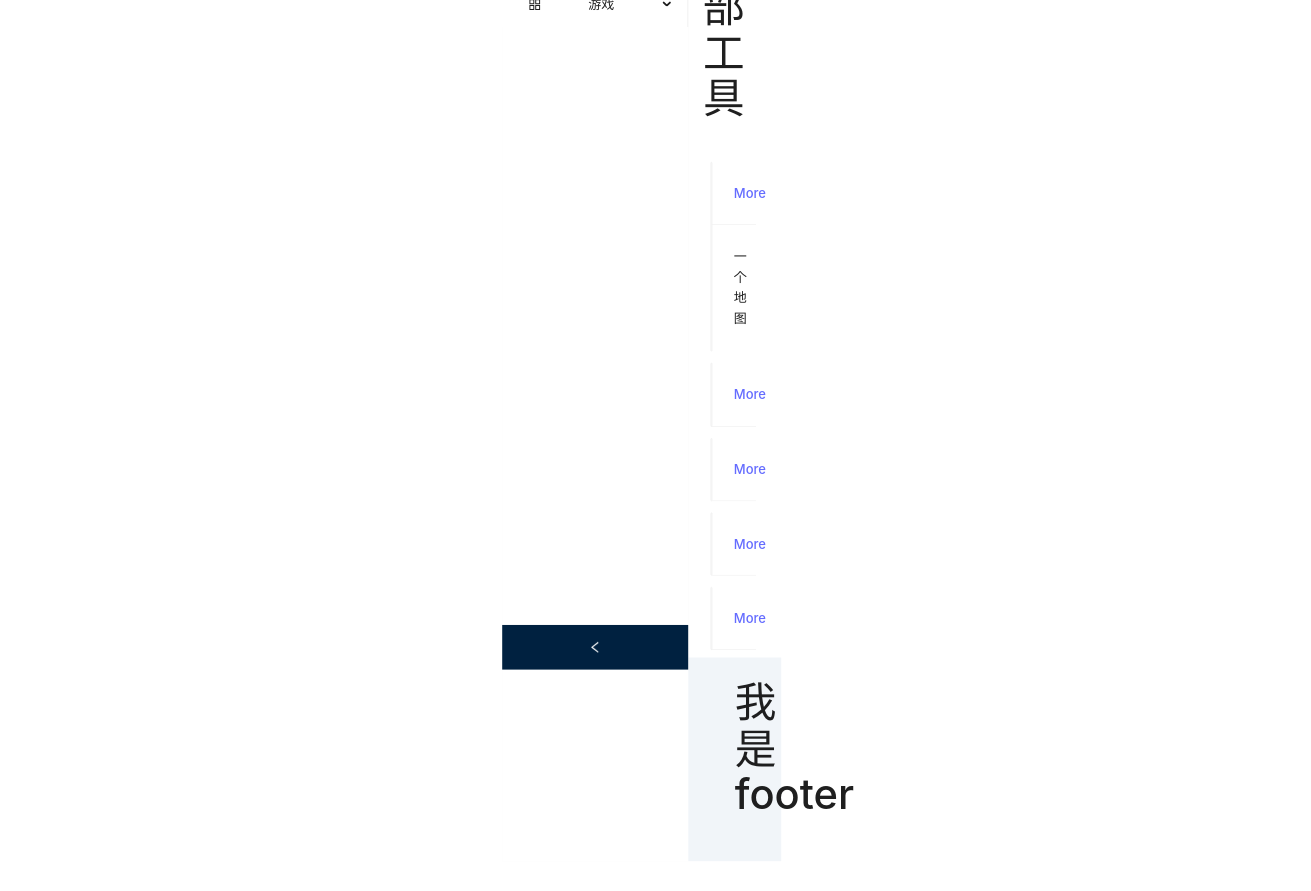
Repository: chenyl8848/chen-tool-collection
Page: /
An editor plug-in stored every save of this project. The page is shown before and after the next save, followed by the edit.
The browser window is 1280 px wide. The page is 1410 px wide, so the pictures cover 1410 px, including what lies to the right of the window. The pictures show the whole page, at 93% of full size.
The project was rebuilt for these pictures with package versions that can differ from the ones it lists, and the page was loaded fresh each time. Also part of the build but not shown: vite.config.ts, src/components/HelloWorld.vue.

Above is the page before, as saved 2024-01-12 16:19:17.

### src/main.ts
import { createApp } from 'vue'
import './style.css'

// import Antd from 'ant-design-vue';
import 'ant-design-vue/dist/reset.css';

import router from './router';
import store from './store';

import App from './App.vue'

const app = createApp(App)

// app.use(Antd)
app.use(router)
app.use(store)

app.mount('#app')

### src/router/index.ts
import { createRouter, createWebHistory, RouteRecordRaw } from "vue-router"

import HelloWorld from '@/components/HelloWorld.vue'
import Home from '@/pages/Home.vue'

const routes: RouteRecordRaw[] = [
    {
        path: '/',
        component: Home
    },
    {
        path: '/hello',
        component: HelloWorld
    }
]

const router = createRouter({
    history: createWebHistory(),
    routes
})

export default router

### src/store/index.ts
import { createPinia } from "pinia";

const store = createPinia()

export default store

### src/App.vue
<script setup lang="ts">
import Layout from '@/layout/index.vue';
</script>

<template>
  <div>
    <Layout></Layout>
  </div>
</template>

<style scoped>
</style>

### src/pages/Home.vue
<script lang="ts" setup>

import useToolStore from '@/store/module/tool';
import { ToolsType } from '@/tools';
import { onMounted } from 'vue';
import {
    HomeOutlined,
    SettingFilled,
    SmileOutlined,
    SyncOutlined,
    LoadingOutlined,
} from '@ant-design/icons-vue';

const toolStore = useToolStore()
let tools: Array<ToolsType> = []

onMounted(() => {
    tools = toolStore.allTools
    console.log(tools, "toolssssssssss")
})
</script>

<template>
    <h1>全部工具</h1>

    <div style="padding: 8px">
        <a-row :gutter="16">
            <a-col :span="6" v-for="item in tools" style="margin-top: 12px;">
                <a-card :bordered="true" hoverable>
                    <!-- <p>{{ item.description }}</p>
                    hoverable  -->

                    <!-- <a-card-meta :title="item.name" description="This is the description">
                        <template #avatar>
                            <home-outlined />
                        </template>
                    </a-card-meta> -->

                    <template #title>
                        <home-outlined />
                        <p>{{ item.name }}</p>
                    </template>
                    <template #extra>
                        <a href="#">More</a>
                    </template>
                    {{ item.description }}
                </a-card>
            </a-col>
        </a-row>
    </div>
</template>

### src/layout/index.vue
<script lang="ts" setup>

import Siderbar from '@/layout/siderbar/index.vue'
import Header from '@/layout/header/index.vue'
import Content from '@/layout/content/index.vue'
import Footer from '@/layout/footer/index.vue'
import { ref } from 'vue';
const collapsed = ref<boolean>(false);

</script>

<template>
    <a-layout class="layout">
        <a-layout-sider v-model:collapsed="collapsed" collapsible class="layout-siderbar">
            <Siderbar></Siderbar>
        </a-layout-sider>
        <a-layout>
            <a-layout-header class="layout-header">
                <Header></Header>
            </a-layout-header>
            <a-layout-content class="layout-content">
                <Content></Content>
            </a-layout-content>
            <a-layout-footer class="layout-footer">
                <Footer></Footer>
            </a-layout-footer>
        </a-layout>
    </a-layout>
</template>

<style scoped>
.layout {
    min-height: 100vh;

}

.layout-siderbar {
    background-color: white;

}

.layout-header {
    background: #fff;
    padding: 0
}

.layout-content {
    margin: 0 16px;
    background-color: #f1f5f9;
}

.layout-footer {
    text-align: center;
    background-color: #f1f5f9;
}
</style>

### src/store/module/tool.ts
import { defineStore } from "pinia";
import { tools, ToolsType, MenuType } from "@/tools";
import { RouteRecordRaw } from "vue-router"
import router from "@/router";
import { h } from "vue";
import HelloWorld from '@/components/HelloWorld.vue'

import {
    PieChartOutlined,
    MailOutlined,
    DesktopOutlined,
    InboxOutlined,
    AppstoreOutlined,
} from '@ant-design/icons-vue';

const useToolStore = defineStore('toolStore', () => {

    const getMenus = generateDynamicMenus(tools)
    const getRoutes = generateDynamicRoutes(tools)
    const allTools:Array<ToolsType> = []
    generateAllTools(tools, allTools)

    return {
        getMenus,
        getRoutes,
        allTools
    }
})

const generateDynamicMenus = (tools: Array<ToolsType>): Array<MenuType> => {
    let menus: Array<MenuType> = []

    tools.forEach((item) => {
        let children: Array<MenuType> = []

        if (item.list) {
            children = generateDynamicMenus(item.list)
        }

        let menu: MenuType = {
            key: item.path,
            title: item.name,
            label: item.name,
            path: item.path,
            icon: () => h(AppstoreOutlined)
        }

        if (children.length > 0) {
            menu.children = children
        }

        menus.push(menu)
    })

    return menus;
}

const generateDynamicRoutes = (tools: Array<ToolsType>): Array<RouteRecordRaw> => {

    let routes: Array<RouteRecordRaw> = []

    tools.forEach((item: ToolsType) => {
        let children: Array<RouteRecordRaw> = []
        if (item.list) {
            generateDynamicRoutes(item.list)
        }

        let route: RouteRecordRaw = {
            name: item.name,
            path: item.path,
            component: HelloWorld,
            children: children
        }
        router.addRoute(route)
        routes.push(route)
    });

    return routes
}

const generateAllTools = (tools: Array<ToolsType>,toolList: Array<ToolsType>): Array<ToolsType> => {

    // let toolList: Array<ToolsType> = []

    tools.forEach((item: ToolsType) => {
        if (!item.list) {
            toolList.push(item)
        } else {
            generateAllTools(item.list, toolList)
        }

    })


    console.log(toolList, "ttttttttttttoooooooooo")
    return toolList
}

export default useToolStore

### src/layout/siderbar/index.vue
<script lang="ts" setup>
import Logo from '@/layout/siderbar/logo/index.vue'
import Menu from '@/layout/siderbar/menu/index.vue'
</script>

<template>
  <div>
    <div class="logo">
      <Logo></Logo>
    </div>
    <Menu></Menu>
  </div>
</template>

<style scoped>
.logo {
  padding: 5px;
  height: 90px;
}
</style>

### src/layout/header/index.vue
<script lang="ts" setup>
import { h } from 'vue';
import {
  HomeOutlined,
  GithubOutlined,
  WechatOutlined,
  InfoCircleOutlined,
  HeartTwoTone
} from '@ant-design/icons-vue';
import router from '@/router';

const goHome = () => {
  router.push('/')
}

const onSearch = () => {
  console.log('onSearchhhhhhhhhhhh')
}
</script>

<template>
  <div class="header">
    <a-flex gap="middle" horizontal>
      <a-tooltip>
        <template #title>主页</template>
        <home-outlined class="icon" @click="goHome()" />
      </a-tooltip>
      <a-input-search v-model:value="value" placeholder="input search text" style="min-width: 400px" @search="onSearch" />
      <a-tooltip>
        <template #title>Github</template>
        <github-outlined class="icon" />
      </a-tooltip>
      <a-tooltip>
        <template #title>微信公众号</template>
        <wechat-outlined class="icon" />
      </a-tooltip>
      <a-tooltip>
        <template #title>关于</template>
        <info-circle-outlined class="icon" />
      </a-tooltip>
      <a-button :icon="h(HeartTwoTone)" href="https://www.google.com" style="">打赏</a-button>
    </a-flex>
  </div>
</template>

<style scoped>
.header {
  margin: 18px 12px 0px 12px;
}

.icon {
  font-size: 24px;
  margin-top: 4px;
}
</style>

### src/layout/content/index.vue
<script lang="ts" setup>
import Breadcrumb from '@/layout/content/breadcrumb.vue'
</script>

<template>
  <Breadcrumb></Breadcrumb>
  <div class="content">
    <router-view></router-view>
  </div>
</template>

<style scoped>
.content {
  padding: '24px';
  background: #f1f5f9;
  min-height: 480px
}
</style>

### src/layout/footer/index.vue
<script lang="ts" setup>

</script>

<template>
  <div>
    <h1>我是footer</h1>
  </div>
</template>

### src/tools.ts
export interface ToolsType {
    name: string,
    icon?: string,
    description?: string,
    path: string,
    list?: Array<ToolsType>
}

export interface MenuType {
    key: string,
    icon: any,
    label: string,
    title: string,
    path?: string,
    children?: Array<MenuType>
}

export const tools: Array<ToolsType> = [
    {
        name: '图片&视频',
        icon: 'map',
        path: '/images',
        list: [
            {
                name: '地图',
                icon: '',
                path: '/map',
                description: '一个地图'
            }
        ]
    },
    {
        name: '编程开发',
        icon: 'develop',
        path: '/develop',
        list: [
            {
                name: 'XML转JSON',
                icon: '',
                path: '/xml'
            },
            {
                name: 'IP地址查询',
                icon: '',
                path: '/ip'
            },

        ]
    },
    {
        name: '游戏',
        icon: 'map',
        path: '/game',
        list: [
            {
                name: 'XML转JSON',
                icon: '',
                path: '/json'
            },
            {
                name: 'IP地址查询',
                icon: '',
                path: '/query'
            },

        ]
    },

]

### src/layout/siderbar/logo/index.vue
<script lang="ts" setup>

</script>

<template>
  <div>
    <h1>我是logo</h1>
  </div>
</template>

### src/layout/siderbar/menu/index.vue
<template>
  <div>
    <a-menu mode="inline" :inline-collapsed="state.collapsed" :items="items" @click="jumpTo"></a-menu>
  </div>
</template>
<script lang="ts" setup>
import { reactive, h, onMounted } from 'vue';
import {
  PieChartOutlined,
  MailOutlined,
  DesktopOutlined,
  InboxOutlined,
  AppstoreOutlined,
} from '@ant-design/icons-vue';
import useToolStore from "@/store/module/tool";
import router from '@/router';

const state = reactive({
  collapsed: false
});

const items = reactive([]);

onMounted(() => {
  getMenus()
})

const getMenus = () => {
  const toolStore = useToolStore()
  let menus = toolStore.getMenus
  items.push(...menus)
}

const jumpTo = ({ item, key, keyPath }) => {

  console.log(item, key, keyPath, "hleoo")
  router.push(key)
}
</script>

### src/layout/content/breadcrumb.vue
<template>
    <a-breadcrumb class="breadcrumb">
        <a-breadcrumb-item>User</a-breadcrumb-item>
        <a-breadcrumb-item>Bill</a-breadcrumb-item>
    </a-breadcrumb>
</template>

<style scoped>
.breadcrumb {
    margin: 16px 0;
}
</style>

Loaded but not shown: index.html (common file); src/style.css (common file)

After the next save:
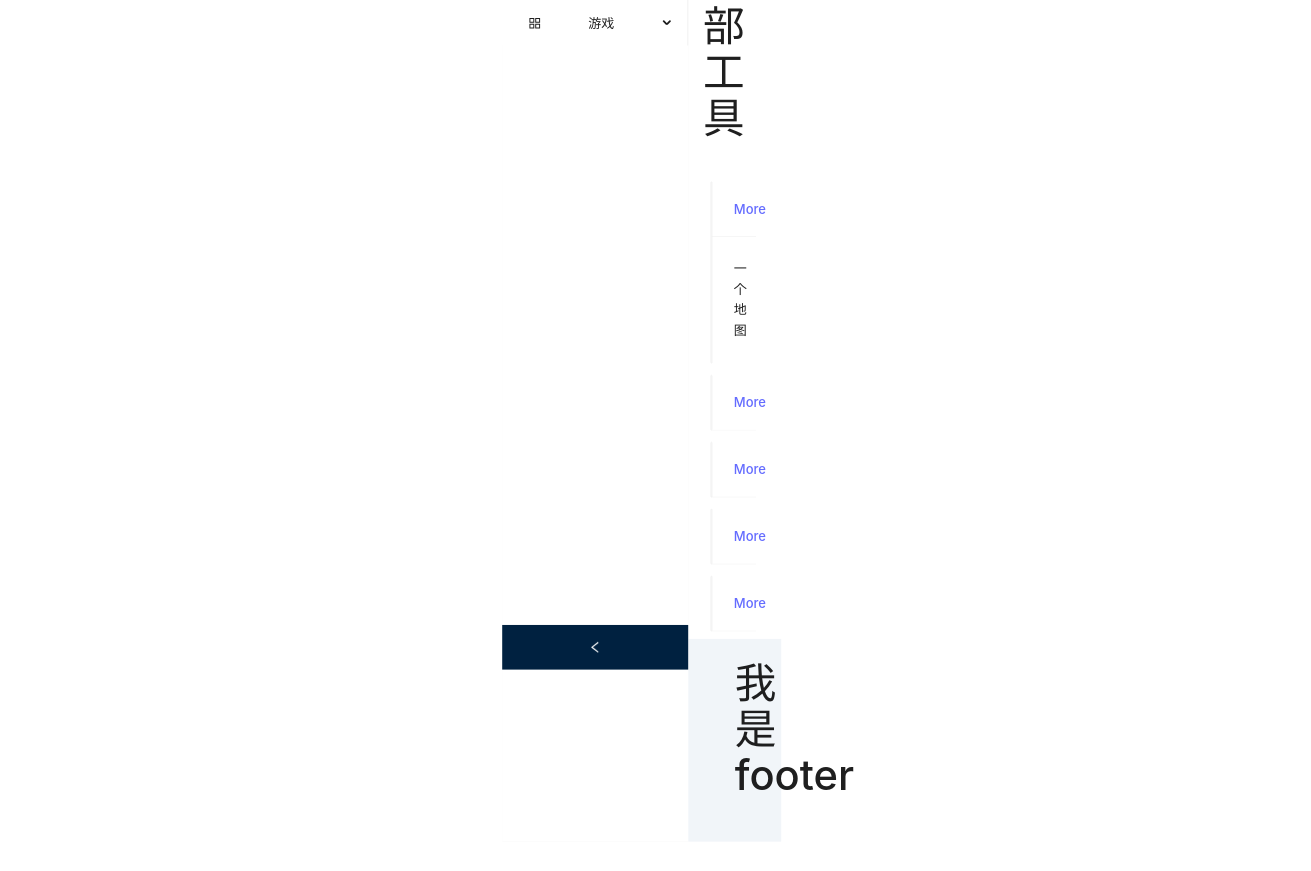
Saved 117 s later.
--- a/src/pages/Home.vue
+++ b/src/pages/Home.vue
@@ -37,8 +37,14 @@
                     </a-card-meta> -->
 
                     <template #title>
-                        <home-outlined />
-                        <p>{{ item.name }}</p>
+                        <a-row :gutter="16">
+                            <a-col :span="6">
+                                <home-outlined />
+                            </a-col>
+                            <a-col :span="6">
+                                <p>{{ item.name }}</p>
+                            </a-col>
+                        </a-row>
                     </template>
                     <template #extra>
                         <a href="#">More</a>

After the 3 saves that followed:
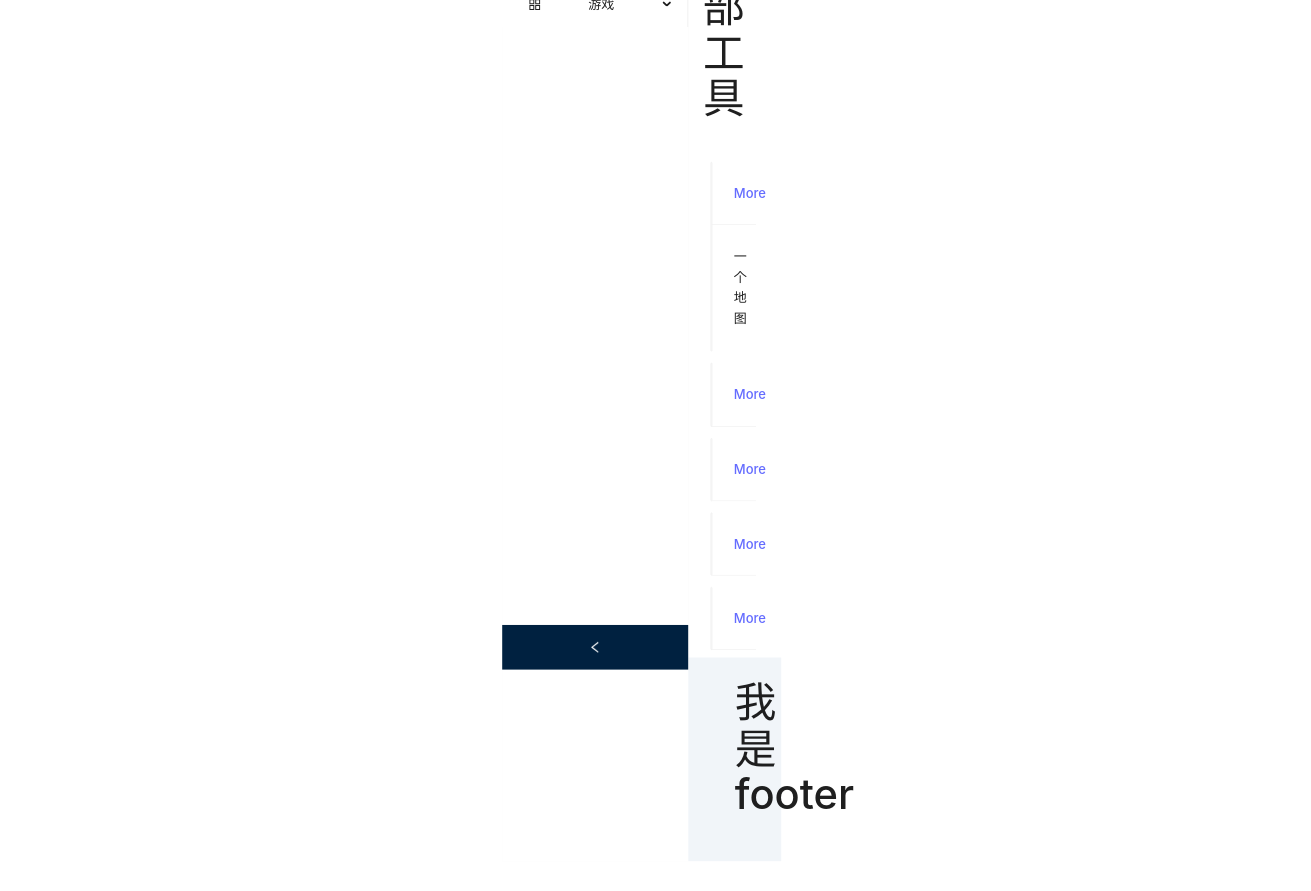
The 3 saves are shown as one change because 2 left the picture as it was.
The last was saved 60 s later.
--- a/src/pages/Home.vue
+++ b/src/pages/Home.vue
@@ -37,14 +37,8 @@
                     </a-card-meta> -->
 
                     <template #title>
-                        <a-row :gutter="16">
-                            <a-col :span="6">
-                                <home-outlined />
-                            </a-col>
-                            <a-col :span="6">
-                                <p>{{ item.name }}</p>
-                            </a-col>
-                        </a-row>
+                        <home-outlined />
+                        <p>{{ item.name }}</p>
                     </template>
                     <template #extra>
                         <a href="#">More</a>
